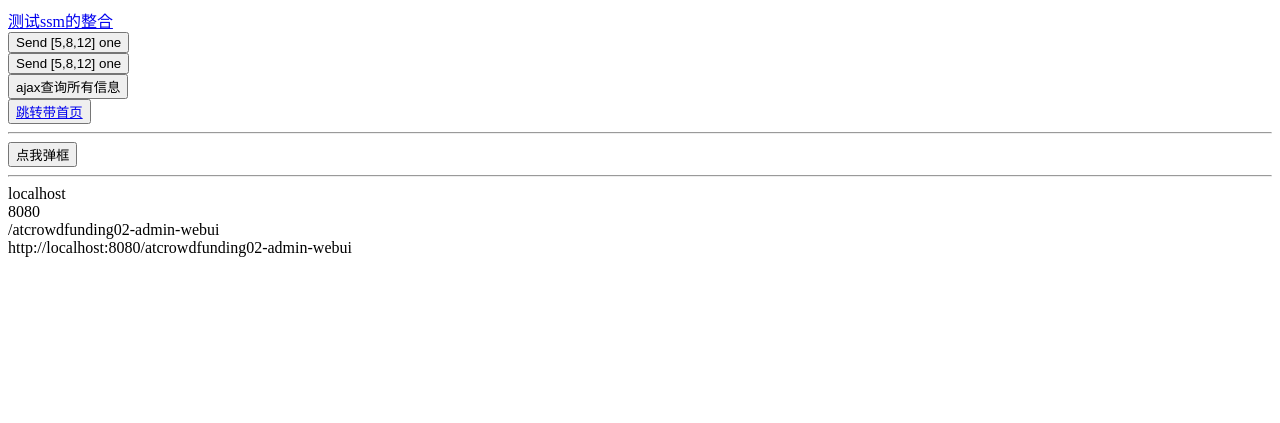
Repository: sxcyyds/scw
Page: http://localhost/atcrowdfunding02-admin-webui/
These files come from the project's save history. The page is drawn as it stood at one moment and after the next save; the edit follows.
The browser window is 1280 px wide. The pictures show the whole page.
After loading, the first visible `#btn6` was clicked once.
The page is served by Tomcat 9. Nobody is signed in. The application's start-up code is not run.

Above is the page before, as saved 2022-02-15 07:41:00.

After the next save:
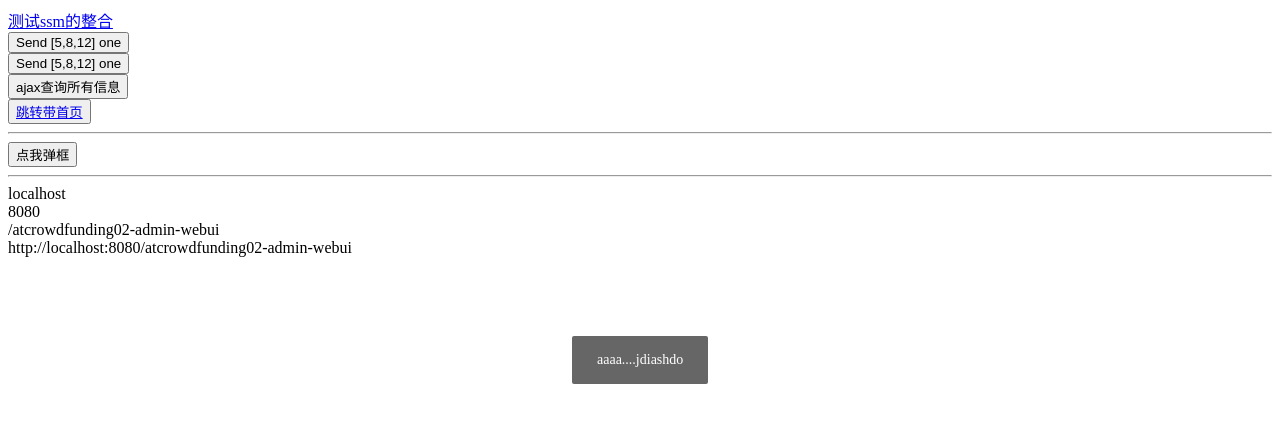
Saved 25 s later.
--- a/scw/atcrowdfunding01-admin-parent/atcrowdfunding02-admin-webui/src/main/webapp/index.jsp
+++ b/scw/atcrowdfunding01-admin-parent/atcrowdfunding02-admin-webui/src/main/webapp/index.jsp
@@ -66,7 +66,7 @@
 			});
 		});
 		$("#btn6").click(function(){
-			alert("aq");
+			layer.msg("aaaa....jdiashdo");
 		});
 
 
